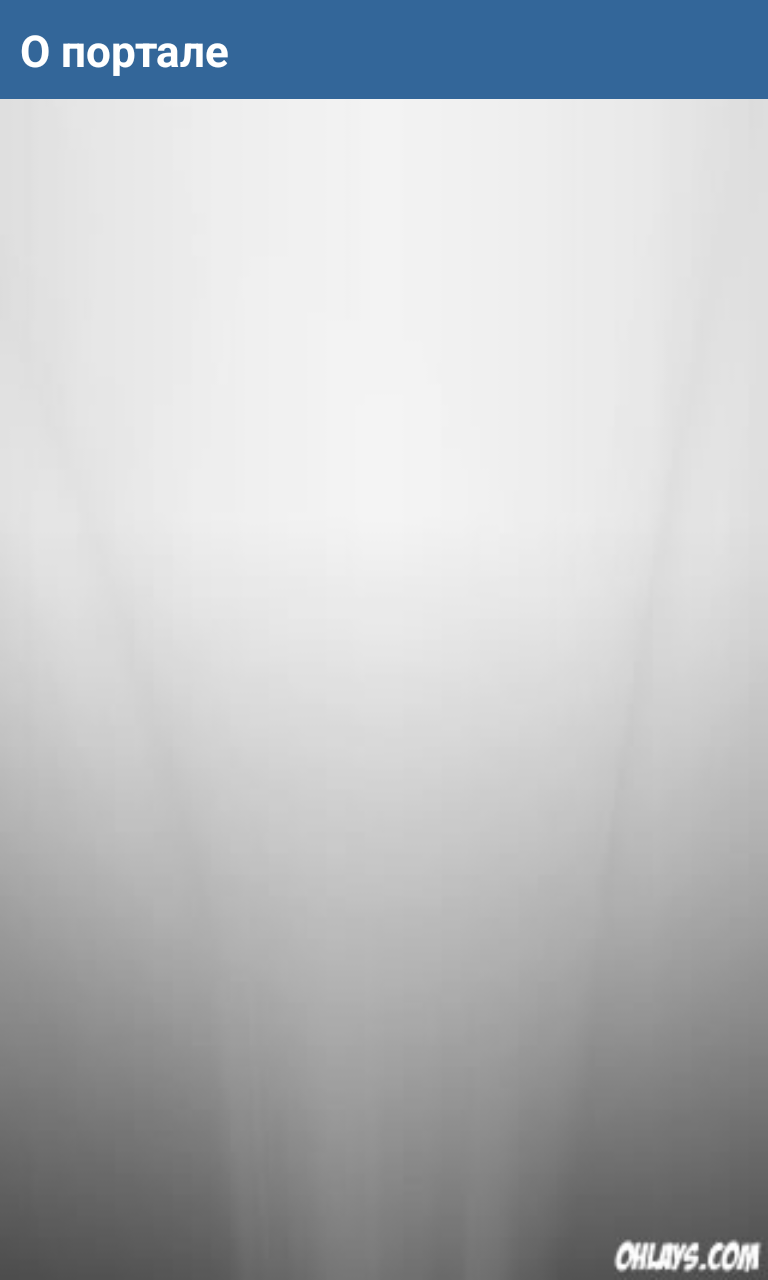
Repository: complexityclass/GosClient
Layout: Client/res/layout/activity_main.xml
These files come from the project's save history. The layout is drawn as it stood at one moment and after the next save; the edit follows.
It is drawn on a 768 x 1280 px phone screen (xhdpi) without system bars, with theme android:Theme.Light.NoTitleBar.Fullscreen; the app's code is not run.

Above is the layout before, as saved 2013-03-22 11:01:56.

### Client/res/layout/activity_main.xml
<ScrollView xmlns:android="http://schemas.android.com/apk/res/android"
    xmlns:tools="http://schemas.android.com/tools"
    android:layout_width="match_parent"
    android:layout_height="match_parent"
    android:background="@drawable/simple" >

    <LinearLayout
        android:layout_width="fill_parent"
        android:layout_height="fill_parent"
        android:orientation="vertical" >

         <TextView android:id="@+id/txtHeader"
        android:layout_width="fill_parent"
        android:layout_height="fill_parent"
        android:gravity="center_vertical"
        android:layout_alignParentTop="true"
        android:layout_alignParentBottom="true"
        android:textStyle="bold"
        android:textSize="22dp"
        android:textColor="#FFFFFF"
        android:padding="10dp"
        android:text="О портале"
        android:background="#336699" />

        <TextView
            android:id="@+id/textView1"
            android:layout_width="wrap_content"
            android:layout_height="wrap_content"
            android:layout_alignParentBottom="true"
            android:layout_alignParentLeft="true"
            android:layout_alignParentRight="true"
            android:layout_alignParentTop="true"
            android:text=" "
            android:textAppearance="?android:attr/textAppearanceSmall"
            android:textColor="#00008B"
            android:typeface="monospace" />

    </LinearLayout>

</ScrollView>

After the next save:
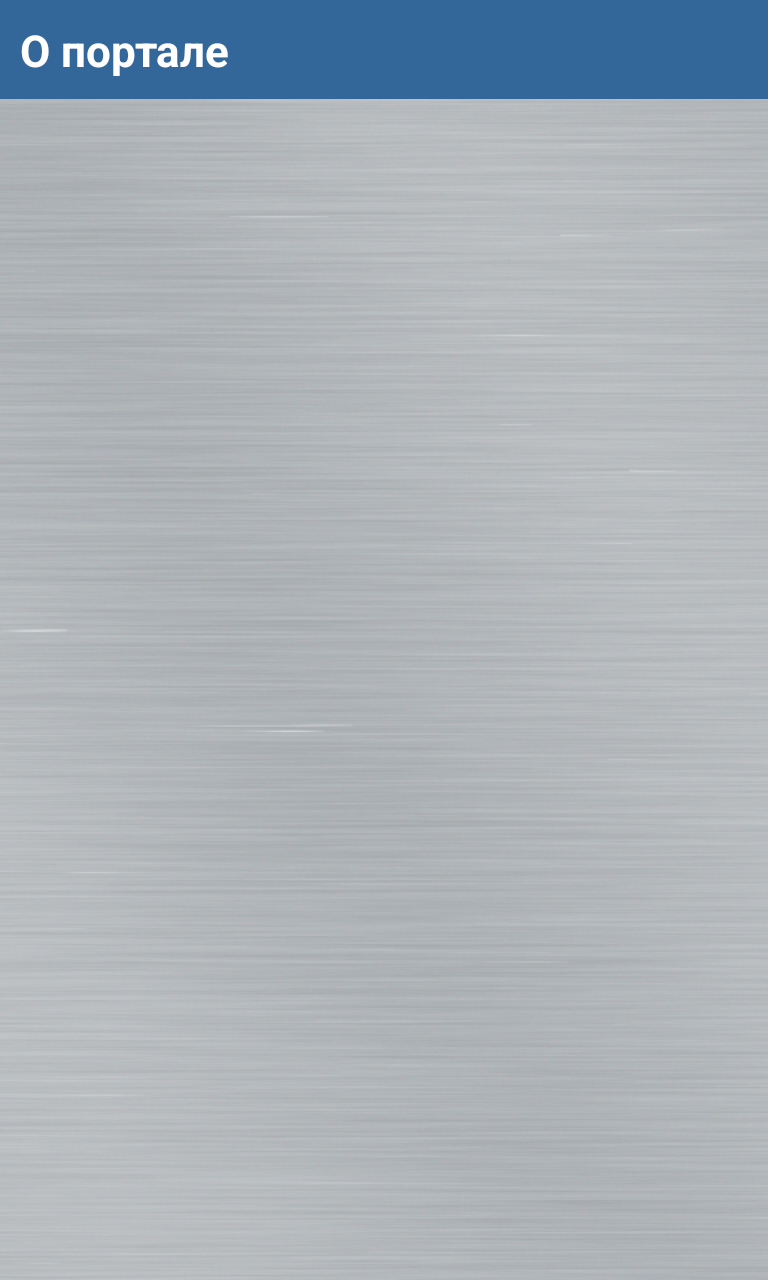
Saved 15 s later.
--- a/Client/res/layout/activity_main.xml
+++ b/Client/res/layout/activity_main.xml
@@ -2,7 +2,7 @@
     xmlns:tools="http://schemas.android.com/tools"
     android:layout_width="match_parent"
     android:layout_height="match_parent"
-    android:background="@drawable/simple" >
+    android:background="@drawable/back" >
 
     <LinearLayout
         android:layout_width="fill_parent"
